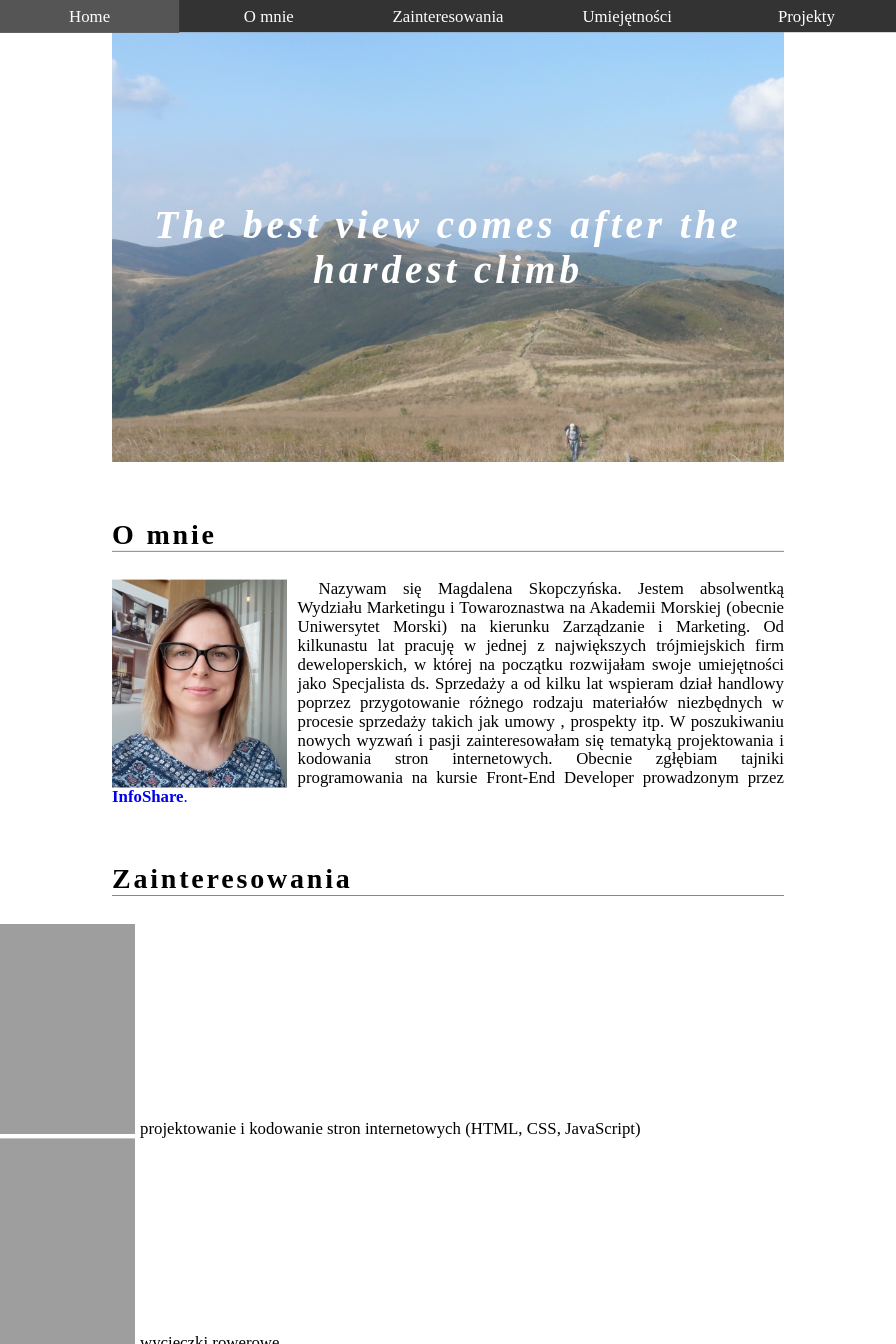
Repository: MagJaw/portfolio
Page: portfolio.html
An editor plug-in stored every save of this project. The page is shown before and after the next save, followed by the edit.
The browser window is 1280 px wide. The pictures show the part of the page from y = 0 to 1920 px (the page is 7777 px tall before and 7642 px after), at 70% of full size.

Above is the page before, as saved 2018-11-18 08:23:27.

### portfolio.html
<!DOCTYPE html>
<html lang="pl">
<head>
    <meta charset="UTF-8">
    <meta name="viewport" content="width=device-width, initial-scale=1.0">
    <meta http-equiv="X-UA-Compatible" content="ie=edge">
    <meta name="author" content="Magdalena Skopczyńska"/>
    <meta name="description" content="Portfolio - o mnie, zainteresowania, umiejętności, projekty">
    <link rel="stylesheet" href="main.css">
    <title>Portfolio</title>
</head>
<body>
    <div id="wrapper">
        <div id="section1"></div>
        <nav role="navigation" class="menu__container">
            <ul class="menu">
                <li class="menu__section">
                    <a href="#section1">Home</a>
                </li>
                <li class="menu__section">
                    <a href="#section2">O mnie</a>
                </li>
                <li class="menu__section">
                    <a href="#section3">Zainteresowania</a>
                </li>
                <li class="menu__section">
                    <a href="#section4">Umiejętności</a>
                </li>
                <li class="menu__section">
                    <a href="#section5">Projekty</a>
                </li>
            </ul>
        </nav>
        <div class="motto__container">
            <blockquote id="quote"><b>The best view comes after the hardest climb</b></blockquote>
        </div>

        <div id="section2">
            <h1 class="header__section">O mnie</h1>
            <img src="portret.jpg" class="my__photo">
            <p id="history"> Nazywam się Magdalena Skopczyńska. Jestem absolwentką Wydziału Marketingu i Towaroznastwa na Akademii Morskiej (obecnie Uniwersytet Morski) na kierunku Zarządzanie i Marketing. Od kilkunastu lat pracuję w jednej z największych trójmiejskich firm deweloperskich, w której na początku rozwijałam swoje umiejętności jako Specjalista ds. Sprzedaży a od kilku lat wspieram dział handlowy poprzez przygotowanie różnego rodzaju materiałów niezbędnych w procesie sprzedaży takich jak umowy , prospekty itp. W poszukiwaniu nowych wyzwań i pasji zainteresowałam się tematyką projektowania i kodowania stron internetowych. Obecnie zgłębiam tajniki programowania na kursie Front-End Developer prowadzonym przez <a target="_blank" href="https://infoshareacademy.com/" class="link"><b>InfoShare</b>.</a></p>
        </div>
        <div id="section3">
            <h1 class="header__section">Zainteresowania</h1>
            <ul>
                <li>projektowanie i kodowanie stron internetowych (HTML, CSS, JavaScript)</li>
                <li>wycieczki rowerowe</li>
                <li>wędrówki górskie</li>
                <li>literatura</li>
                <li>szkolenia on-line(obecnie uczestniczę w programie szkoleniowym Właściwy Tor, który skupia się na budowaniu stabilnego wzrostu w sferach: zawodowej, finansowej, rodzinnej, zdrowotnej i duchowej)</li>
                <li>zdrowe odżywianie</li>
            </ul>
        </div>
        <div id="section4">
            <h1 class="header__section">Umiejętności</h1>
            <ul>
                <li>wysokie umiejętności komunikacyjne</li>
                <li>analityczne myślenie</li>
                <li>wysokie poczucie odpowiedzialności za powierzone zadania</li>
                <li>skrupulatność</li>
                <li>umiejętność pracy w zespole</li>
                <li>chęć do nauki i rozwoju</li>
                <li>znajomość technik sprzedażowych</li>
                <li>dobra znajomość języka angielskiego (certyfikat)</li>
                <li>podstawowa znajomość HTML, CSS, JavaScript</li>
                <li>znajomość narzędzi pakietu Office</li>
                <li>prawo jazdy kat. B</li>
            </ul>
        </div>
        <div id="section5">
            <h1 class="header__section">Projekty</h1>
            <ul>
                <li>portfolio</li>
                <li>pozostałe</li>
            </ul>
        </div>
        <footer id="footer">
            <p>Autor: Magdalena Skopczyńska</p>
            <p>email: info@mysite.com</p>
            <p>tel. 000-000-000</p>
            <p><a target="_blank" href="https://icons8.com" class="link">Icon pack by Icons8</a></p>
        </footer>
    </div>
</body>
</html>

### main.css
html {
    font-size: 16px;
    scroll-behavior: smooth;
  }

#wrapper {
    width: 100%;
    max-width: 960px;
    margin: 0 auto;
}

.menu__container {
background:  #333;
}

.menu {
    list-style-type: none;
    padding: 0;
    margin: 0;
}

.menu__container a {
    text-decoration: none;
    text-align: center;
    color: #fff;
    display: block;
    padding: 10px;
}

.menu__container a:hover {
background-color: #555;
}

.motto__container {
width: 100%;
height: 48vw;
background-image: url(tapeta.jpg);
background-color: #555;
opacity: 0.8;
display: table;
}

#quote {
font-size: 3.5em;
letter-spacing: 0.1em;
font-style: italic;
color: #fff;
text-align: center;
vertical-align: middle;
display: table-cell;
margin: 0;
animation: pojawienie 4s ease 1 normal;
/*animation: pojawienie 6s 1s linear 1 normal;*/
}

@keyframes pojawienie {

    0%
    {
        opacity: 0;
    }

    20%
    {
        opacity: 0.2;
    }
    40%
    {
        opacity: 0.4;
    }
    60%
    {
        opacity: 0.6;
    }
    80%
    {
        opacity: 0.8;
    }
    100%
    {
        opacity: 1;
    }

}


/*@keyframes pojawienie {

    0%
    {
        color: #fff;
    }

    20%
    {
        color: #666;
    }
    40%
    {
        color: #333;
    }
    60%
    {
        color: #000;
    }
    80%
    {
        color #333;
    }
    100%
    {
        color #666;
    }

}
*/

/*#quote:hover {
cursor: pointer;
transform: rotate(360deg);
transition: all 2s linear;
}*/


p, li {
font-size: 1.5em;
}


ul {
list-style-type: none;
}

#section3 li,
#section4 li,
#section5 li {
list-style-image: url("https://img.icons8.com/color/30/000000/checkmark.png");
}

.header__section {
font-size: 2.5em;
letter-spacing: 0.1em;
border-bottom: 1px solid #555;
margin-top: 1em;
margin-bottom: 1em;
}

.my__photo {
float: left;
padding-right: 15px;
}

#history {
margin: 0;
text-indent: 30px;
text-align: justify;
}
.link {
text-decoration: none;
}

.link:hover {
text-decoration: underline;
}

#footer {
height: 46px;
bottom: 0;
display: flex;
width: 100%;
border-top: 1px solid #555;
}

#footer p {
font-size: 1em;
font-style: italic;
display: block;
text-align: center;
width:100%;
}

#section5 {
padding-bottom: 150px;
}

@media screen and (max-width: 767px){
#quote {
font-size: 2em;
}

p, li, #footer {
font-size: 0.8em;
}

.header__section {
font-size: 2em;
}

.my__photo {
    float: none;
    padding-right: 0;
    display: block;
    margin: 0 auto;
    }

#history {
    padding-top: 10px;
    }
}

@media screen and (min-width: 768px){

.menu {
display: flex;
}

.menu__section {
flex: 1 1 0;
}

.menu__container {
    background:  #333;
    z-index: 1;
    top: 0;
    left: 0;
    right: 0;
    height: 46px;
    position: fixed;
    }

.motto__container {
margin-top: 18px;
}

/*.header__section {
    margin-top: 46px;
    }
}*/

#section2,
#section3,
#section4,
#section5 {
padding-top: 40px;
}

#section1 {
padding: 10px;
}
}
@media screen and (min-width: 1700px){
    .motto__container {

    height: 24vw;
    }

After the next save:
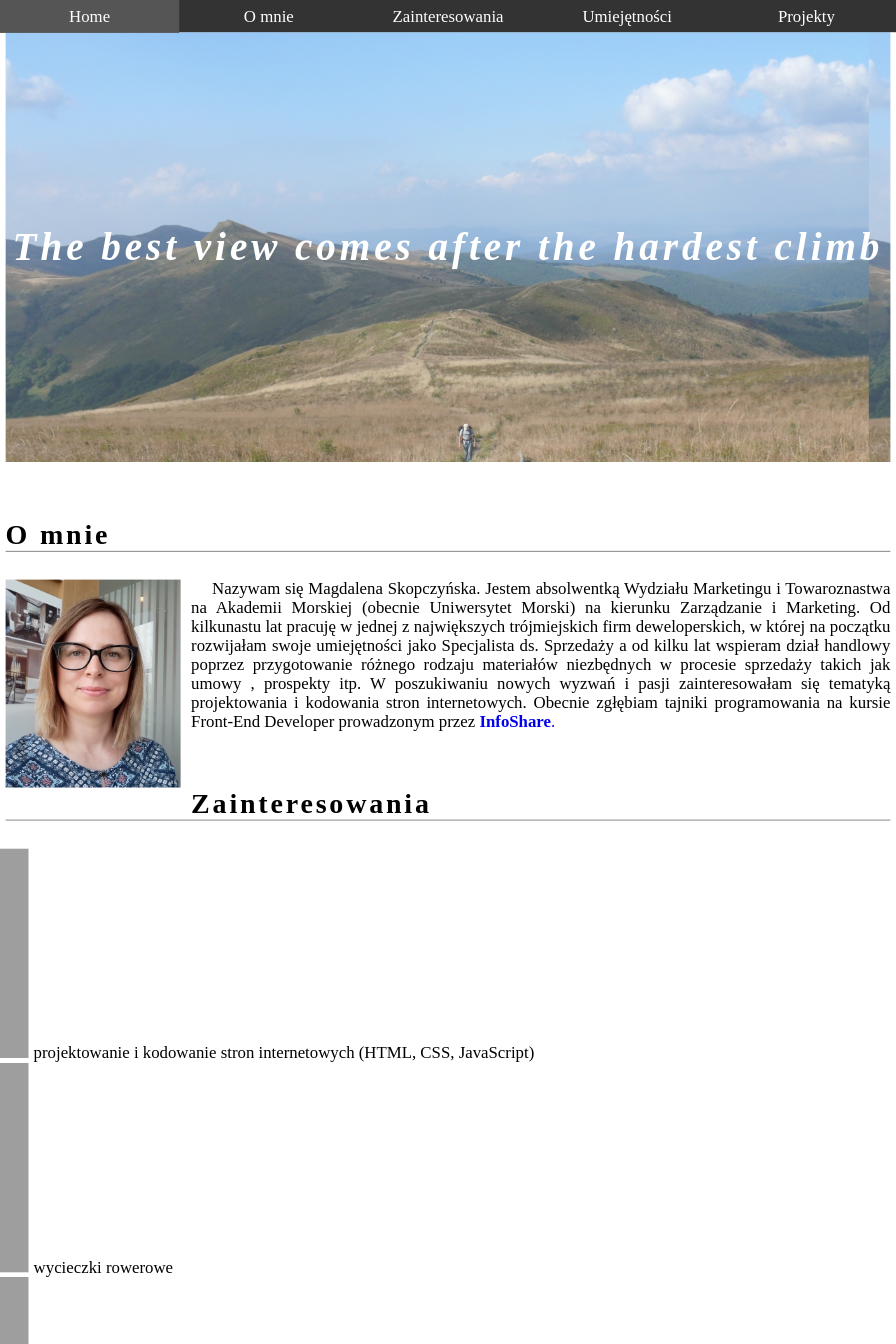
Saved 99 s later.
--- a/main.css
+++ b/main.css
@@ -3,7 +3,7 @@ html {
     scroll-behavior: smooth;
   }
 
-#wrapper {
+.wrapper {
     width: 100%;
     max-width: 960px;
     margin: 0 auto;

After the save that followed:
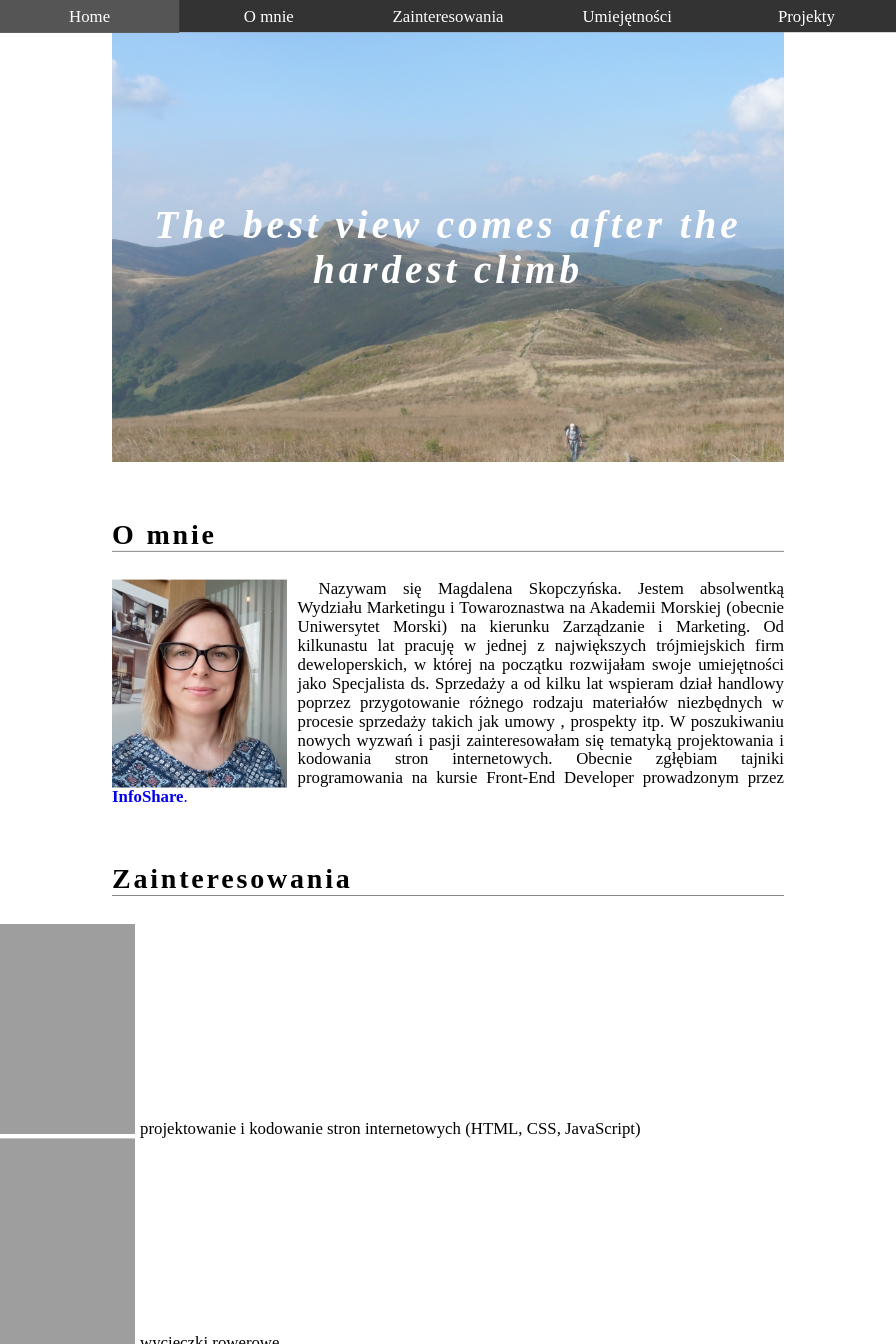
Saved 42 s later.
--- a/portfolio.html
+++ b/portfolio.html
@@ -10,7 +10,7 @@
     <title>Portfolio</title>
 </head>
 <body>
-    <div id="wrapper">
+    <div class="wrapper">
         <div id="section1"></div>
         <nav role="navigation" class="menu__container">
             <ul class="menu">
